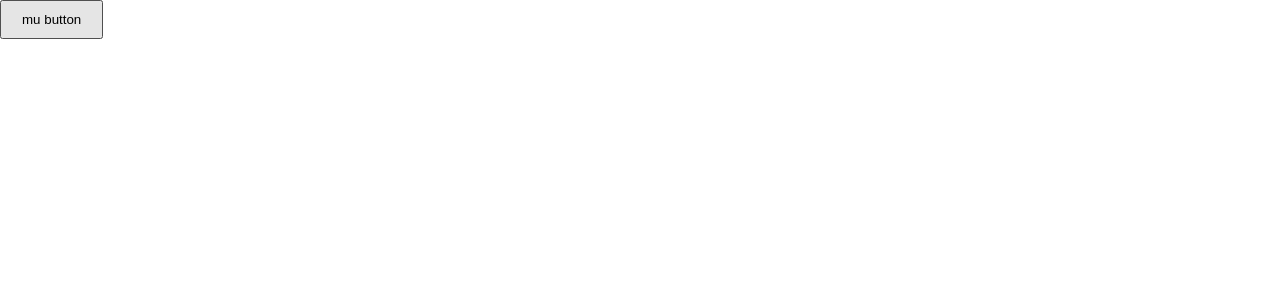
Repository: HuoXiaoYe/huoxiaoye_mumu
Page: /
An editor plug-in stored every save of this project. The page is shown before and after a run of saves, followed by the edit.
The browser window is 1280 px wide. The pictures show the whole page.
The project was rebuilt for these pictures with package versions that can differ from the ones it lists, and the page was loaded fresh each time.

Above is the page before, as saved 2020-07-06 09:42:19.

After the next 3 saves:
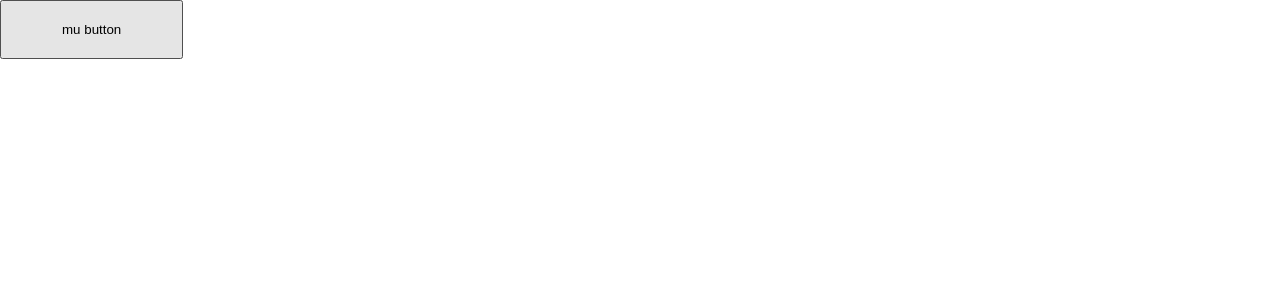
The 3 saves are shown as one change because they came seconds apart.
The last was saved 10 s later.
--- a/src/ui/components/button/style.less
+++ b/src/ui/components/button/style.less
@@ -2,6 +2,6 @@
 
 .mu-button{
     &.mu-large{
-        padding: 10px 20px;
+        padding: 20px 60px;
     }
 }
